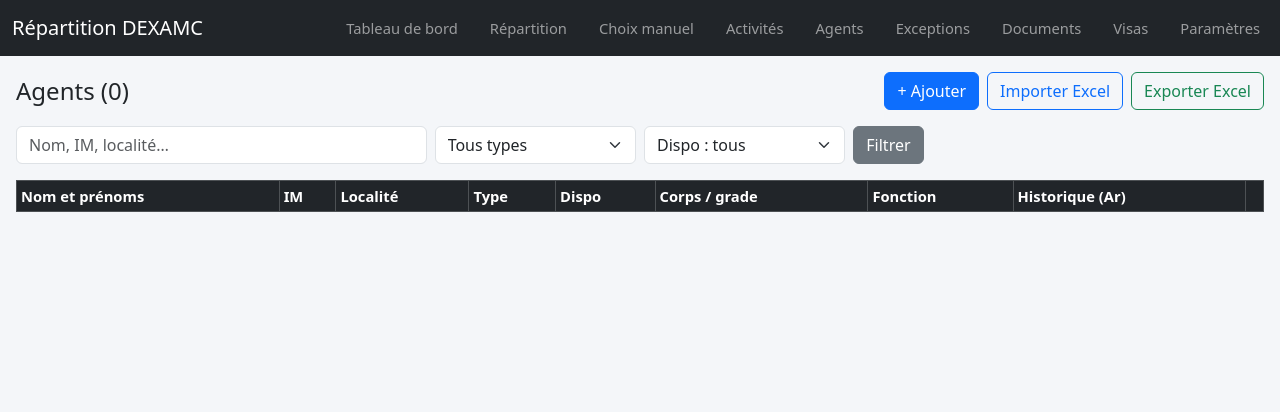
Repository: Mikandry/vacation
Page: http://localhost/agents
An editor plug-in stored every save of this project. The page is shown before and after a run of saves, followed by the edit.
The browser window is 1280 px wide. The pictures show the whole page.
The page is served by the project's Laravel application, run on PHP 8.4 with Laravel 12. Other server files are loaded and not shown. Queries for data that is not in the repository find no rows.

Above is the page before, as saved 2026-10-18 22:04:14.

### routes/web.php
<?php
use App\Http\Controllers\{ActivityController, AgentController, DashboardController, DistributionController, DocumentController, ExceptionController, ManualController, SettingController, VisaController};
use Illuminate\Support\Facades\Route;

// Pour protéger l'application : installer Laravel Breeze puis remplacer [] par ['auth'].
Route::middleware([])->group(function () {
    Route::get('/', [DashboardController::class, 'index'])->name('dashboard');

    Route::get('/repartition', [DistributionController::class, 'index'])->name('distribution.index');
    Route::post('/repartition/run', [DistributionController::class, 'run'])->name('distribution.run');
    Route::post('/repartition/redraw', [DistributionController::class, 'redraw'])->name('distribution.redraw');
    Route::post('/repartition/archive', [DistributionController::class, 'archive'])->name('distribution.archive');
    Route::get('/repartition/recap.{format}', [DistributionController::class, 'recap'])->name('distribution.recap');

    Route::resource('activities', ActivityController::class)->except('show');

    Route::get('/agents/import', [AgentController::class, 'importForm'])->name('agents.import.form');
    Route::post('/agents/import', [AgentController::class, 'import'])->name('agents.import');
    Route::get('/agents/export', [AgentController::class, 'export'])->name('agents.export');
    Route::resource('agents', AgentController::class)->except('show');

    Route::get('/exceptions', [ExceptionController::class, 'index'])->name('exceptions.index');
    Route::post('/exceptions', [ExceptionController::class, 'set'])->name('exceptions.set');

    Route::get('/parametres', [SettingController::class, 'index'])->name('settings.index');
    Route::post('/parametres', [SettingController::class, 'update'])->name('settings.update');
    Route::get('/visas', [VisaController::class, 'index'])->name('visas.index');
    Route::post('/visas', [VisaController::class, 'update'])->name('visas.update');

    Route::get('/documents', [DocumentController::class, 'index'])->name('documents.index');
    Route::get('/documents/{activity}/{type}/{format}', [DocumentController::class, 'export'])->name('documents.export');
    Route::get('/choix', [ManualController::class, 'matrix'])->name('choix.matrix');
Route::post('/choix/toggle', [ManualController::class, 'toggle'])->name('choix.toggle');
Route::post('/choix/appliquer', [ManualController::class, 'apply'])->name('choix.apply');
Route::get('/choix/{activity}', [ManualController::class, 'show'])->name('choix.show');
Route::post('/choix/{activity}', [ManualController::class, 'save'])->name('choix.save');
Route::post('/choix/{activity}/externe', [ManualController::class, 'addExternal'])->name('choix.external');
Route::post('/choix/{activity}/auto', [ManualController::class, 'auto'])->name('choix.auto');

    });

### app/Http/Controllers/AgentController.php
<?php
namespace App\Http\Controllers;

use App\Models\Agent;
use App\Services\AgentImportService;
use App\Services\DocumentExporter;
use Illuminate\Http\Request;

class AgentController extends Controller
{
        public function index(Request $r)
    {
        $agents = Agent::query()
            ->when($r->q, fn($q, $v) => $q->where(fn($w) => $w->where('name', 'like', "%$v%")->orWhere('im', 'like', "%$v%")->orWhere('locality', 'like', "%$v%")))
            ->when($r->type, fn($q, $v) => $q->where('type', $v))
            ->when($r->locality, fn($q, $v) => $q->where('locality', $v))
            ->when($r->filled('dispo'), fn($q) => $q->where('available', $r->dispo === '1'))
            ->orderBy('name')->paginate(50)->withQueryString();

        $localities = Agent::whereNotNull('locality')->where('locality', '!=', '')
            ->distinct()->orderBy('locality')->pluck('locality');

        return view('agents.index', ['agents' => $agents, 'total' => Agent::count(), 'localities' => $localities]);
    }
    public function create() { return view('agents.form', ['agent' => new Agent(['type' => 'DIRECTION', 'available' => true, 'history_amount' => 0])]); }
    public function store(Request $r) { Agent::create($this->data($r)); return redirect()->route('agents.index')->with('ok', 'Agent ajouté.'); }
    public function edit(Agent $agent) { return view('agents.form', ['agent' => $agent]); }
    public function update(Request $r, Agent $agent) { $agent->update($this->data($r)); return redirect()->route('agents.index')->with('ok', 'Agent modifié.'); }
    public function destroy(Agent $agent) { $agent->delete(); return back()->with('ok', 'Agent supprimé.'); }

    private function data(Request $r): array
    {
        $d = $r->validate(['name' => 'required|string|max:255', 'im' => 'nullable|string|max:30', 'locality' => 'nullable|string|max:80', 'type' => 'required|in:DIRECTION,EXTERNE',
            'corps' => 'nullable|string|max:120', 'grade' => 'nullable|string|max:120', 'indice' => 'nullable|string|max:20', 'function' => 'nullable|string|max:150',
            'history_amount' => 'nullable|integer|min:0', 'draw_order' => 'nullable|integer|min:0', 'notes' => 'nullable|string']);
        $d['available'] = $r->boolean('available');
        $d['history_amount'] = $d['history_amount'] ?? 0;
        if (empty($d['draw_order'])) unset($d['draw_order']);
        return $d;
    }

    public function importForm() { return view('agents.import'); }
    public function import(Request $r, AgentImportService $svc)
    {
        $r->validate(['file' => 'required|file|mimes:xlsx,xls,csv,txt|max:10240']);
        try { $res = $svc->import($r->file('file')->getRealPath()); }
        catch (\Throwable $e) { return back()->withErrors(['file' => $e->getMessage()]); }
        return redirect()->route('agents.index')->with('ok', "Import terminé : {$res['created']} créé(s), {$res['updated']} mis à jour, {$res['exc']} exception(s).");
    }
    public function export(DocumentExporter $ex) { return $ex->agentsExcel(); }
}

### app/Http/Controllers/Controller.php
<?php
namespace App\Http\Controllers;

abstract class Controller {}

### app/Models/Agent.php
<?php
namespace App\Models;
use Illuminate\Database\Eloquent\Model;

class Agent extends Model
{
    protected $fillable = ['name', 'im', 'locality', 'type', 'available', 'corps', 'grade', 'indice', 'function', 'history_amount', 'draw_order', 'notes'];
    protected $casts = ['available' => 'boolean'];

    protected static function booted(): void
    {
        static::creating(function (Agent $a) {
            if (!$a->draw_order) $a->draw_order = random_int(1, 100000);
            if (!$a->type) $a->type = 'DIRECTION';
        });
    }
    public function assignments() { return $this->hasMany(Assignment::class); }
    public function exceptions() { return $this->hasMany(AgentException::class); }
    public function activities() { return $this->belongsToMany(Activity::class, 'assignments')->withPivot('forced'); }
    public function isDirection(): bool { return $this->type === 'DIRECTION'; }
}

### resources/views/agents/index.blade.php
@extends('layouts.app')
@section('title','Agents')
@section('content')
<div class="d-flex flex-wrap gap-2 align-items-center mb-3">
 <h4 class="mb-0 me-auto">Agents ({{ $total }})</h4>
 <a class="btn btn-primary" href="{{ route('agents.create') }}">+ Ajouter</a>
 <a class="btn btn-outline-primary" href="{{ route('agents.import.form') }}">Importer Excel</a>
 <a class="btn btn-outline-success" href="{{ route('agents.export') }}">Exporter Excel</a>
</div>
<form class="row g-2 mb-3" method="get">
 <div class="col-md-4"><input name="q" value="{{ request('q') }}" class="form-control" placeholder="Nom, IM, localité…"></div>
 <div class="col-md-2"><select name="type" class="form-select"><option value="">Tous types</option>@foreach(['DIRECTION','EXTERNE'] as $t)<option @selected(request('type')==$t)>{{ $t }}</option>@endforeach</select></div>
 <div class="col-md-2"><select name="dispo" class="form-select"><option value="">Dispo : tous</option><option value="1" @selected(request('dispo')==='1')>Disponibles</option><option value="0" @selected(request('dispo')==='0')>Indisponibles</option></select></div>
 <div class="col-auto"><button class="btn btn-secondary">Filtrer</button></div>
</form>
<table class="table table-sm table-bordered bg-white align-middle"><thead class="table-dark"><tr><th>Nom et prénoms</th><th>IM</th><th>Localité</th><th>Type</th><th>Dispo</th><th>Corps / grade</th><th>Fonction</th><th>Historique (Ar)</th><th></th></tr></thead>
@foreach($agents as $a)<tr class="{{ $a->available?'':'text-muted' }}"><td>{{ $a->name }}</td><td>{{ $a->im }}</td><td>{{ $a->locality }}</td><td><span class="badge text-bg-{{ $a->type=='DIRECTION'?'primary':'info' }}">{{ $a->type }}</span></td><td>{{ $a->available?'oui':'non' }}</td>
 <td class="small">{{ $a->corps }} {{ $a->grade }}</td><td class="small">{{ $a->function }}</td><td class="text-end">{{ number_format($a->history_amount,0,',',' ') }}</td>
 <td class="text-nowrap"><a class="btn btn-sm btn-outline-primary" href="{{ route('agents.edit',$a) }}">Modifier</a>
 <form method="post" action="{{ route('agents.destroy',$a) }}" class="d-inline" onsubmit="return confirm('Supprimer cet agent ?')">@csrf @method('DELETE')<button class="btn btn-sm btn-outline-danger">✕</button></form></td></tr>@endforeach
</table>
{{ $agents->links('pagination::bootstrap-5') }}
@endsection

### resources/views/layouts/app.blade.php
<!doctype html>
<html lang="fr">
<head>
<meta charset="utf-8"><meta name="viewport" content="width=device-width, initial-scale=1">
<meta name="csrf-token" content="{{ csrf_token() }}">
<title>@yield('title', 'Répartition des agents')</title>
<head><link rel="icon" type="image/svg+xml" href="{{ asset('favicon.svg') }}"> </head>
{{-- <link rel="icon" type="image/png" href="{{ asset('logo.png') }}">. --}}

<link href="https://cdn.jsdelivr.net/npm/bootstrap@5.3.3/dist/css/bootstrap.min.css" rel="stylesheet">
<style>
 body{background:#f4f6f9;font-size:.92rem} .kpi{background:#fff;border-radius:.6rem;padding:.8rem 1rem;box-shadow:0 1px 3px rgba(0,0,0,.08)}
 .kpi .v{font-size:1.5rem;font-weight:700;color:#1f3a5f} .kpi .l{font-size:.75rem;color:#666;text-transform:uppercase}
 .table-sm td,.table-sm th{vertical-align:middle} .dot{display:inline-block;width:.9rem;height:.9rem;border-radius:50%;background:#1976d2}
 .st-Équilibré{background:#c8e6c9}.st-Sur-chargé{background:#ffcdd2}.st-Sous-chargé{background:#ffe0b2}.st-Externe{background:#e1f5fe}.st-Indisponible{background:#eee;color:#777}
 .sticky th{position:sticky;top:0;background:#1f3a5f;color:#fff;z-index:2}
</style>
</head>
<body>
<nav class="navbar navbar-expand-lg navbar-dark bg-dark mb-3">
 <div class="container-fluid">
  <a class="navbar-brand" href="{{ route('dashboard') }}">Répartition {{ \App\Models\Setting::all_()['direction'] }}</a>
  <div class="navbar-nav flex-row flex-wrap gap-3">
   <a class="nav-link" href="{{ route('dashboard') }}">Tableau de bord</a>
   <a class="nav-link" href="{{ route('distribution.index') }}">Répartition</a>
   <a class="nav-link" href="{{ route('choix.matrix') }}">Choix manuel</a>
   <a class="nav-link" href="{{ route('activities.index') }}">Activités</a>
   <a class="nav-link" href="{{ route('agents.index') }}">Agents</a>
   <a class="nav-link" href="{{ route('exceptions.index') }}">Exceptions</a>
   <a class="nav-link" href="{{ route('documents.index') }}">Documents</a>
   <a class="nav-link" href="{{ route('visas.index') }}">Visas</a>
   <a class="nav-link" href="{{ route('settings.index') }}">Paramètres</a>
  </div>
 </div>
</nav>
<div class="container-fluid px-3">
 @if(session('ok'))<div class="alert alert-success">{{ session('ok') }}</div>@endif
 @if($errors->any())<div class="alert alert-danger"><ul class="mb-0">@foreach($errors->all() as $e)<li>{{ $e }}</li>@endforeach</ul></div>@endif
 @yield('content')
</div>
@stack('scripts')
</body>
</html>

### app/Models/Setting.php
<?php
namespace App\Models;
use Illuminate\Database\Eloquent\Model;

class Setting extends Model
{
    protected $primaryKey = 'key';
    public $incrementing = false;
    protected $keyType = 'string';
    public $timestamps = false;
    protected $fillable = ['key', 'value'];

    public const DEFAULTS = [
        'direction' => 'DEXAMC',
        'session' => '2026',
        'ministry' => "MINISTERE DE L’EDUCATION NATIONALE",
        'decision_number' => '          -2026/MEN',
        'place' => 'Antananarivo',
        'decision_date' => '',
        'authority' => "LE MINISTRE DE L’EDUCATION NATIONALE,",
        'signatory' => "Le Ministre de l’Education Nationale",
        'ref_arrete' => "l’Arrêté Interministériel N°16166/2025 du 19 juin 2025",
        'budget_mission' => '812',
        'budget_indicator' => '314',
        'budget_section' => '00.81.0. E43.00000',
        'budget_account' => '6031',
        'budget_ordsec' => '00.812.2.00000',
        'auto' => 'OUI',          // répartition automatique
        'use_history' => 'OUI',   // tenir compte de l'historique
        'tolerance' => '20',      // % autour de la moyenne
        'threshold_ok' => '90',   // % d'agents dans la tolérance => ÉQUILIBRÉ
        'threshold_acc' => '70',  // => ACCEPTABLE
        'band_step' => '250000',
                'show_flag' => 'OUI',
        'republic' => "REPOBLIKAN'I MADAGASIKARA",
        'motto' => 'Fitiavana - Tanindrazana - Fandrosoana',
        'presence_title' => 'FEUILLE DE PRÉSENCE',
        'presence_line1' => 'Activité : {activite} — Session {session}',
        'presence_line2' => 'Durée : {jours} jour(s) · Direction : {direction} · Agents désignés : {agents} · Lieu : {lieu}',
        'presence_id_width' => '40',
        'etat_title' => 'ÉTAT DE VACATIONS',
        'etat_line1' => 'Activité : {activite} — Session {session}',
        'etat_line2' => '{jours} jour(s) × {taux} Ar/jour — {ref_arrete}',
        'etat_footer' => 'Arrêté le présent état à la somme de {total_lettres} ARIARY.',
        'services' => "SDC/DEXAMC|Service des Diplômes et de la Certification\nBAG/DEXAMC|Bureau des Affaires Générales\nSEE/DEXAMC|Service de l’Evaluation des Epreuves\nSOE/DEXAMC|Service de l’Organisation des Examens",
    ];

    public static function all_(): array
    {
        return array_merge(self::DEFAULTS, static::query()->pluck('value', 'key')->map(fn($v) => (string)$v)->all());
    }
    public static function put(array $values): void
    {
        foreach ($values as $k => $v) {
            if (array_key_exists($k, self::DEFAULTS)) static::updateOrCreate(['key' => $k], ['value' => (string)$v]);
        }
    }
}

After the next 3 saves:
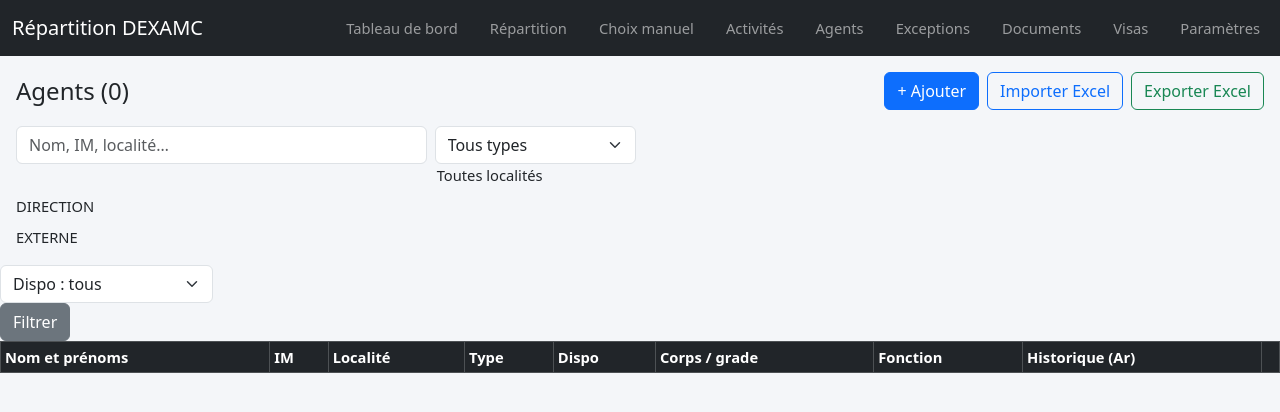
The 3 saves are shown as one change because they came seconds apart.
The last was saved 73 s later.
--- a/resources/views/agents/index.blade.php
+++ b/resources/views/agents/index.blade.php
@@ -9,7 +9,9 @@
 </div>
 <form class="row g-2 mb-3" method="get">
  <div class="col-md-4"><input name="q" value="{{ request('q') }}" class="form-control" placeholder="Nom, IM, localité…"></div>
- <div class="col-md-2"><select name="type" class="form-select"><option value="">Tous types</option>@foreach(['DIRECTION','EXTERNE'] as $t)<option @selected(request('type')==$t)>{{ $t }}</option>@endforeach</select></div>
+ <div class="col-md-2"><select name="type" class="form-select"><option value="">Tous types
+     <div class="col-md-3"><select name="locality" class="form-select"><option value="">Toutes localités</option>@foreach($localities as $l)<option value="{{ $l }}" @selected(request('locality')==$l)>{{ $l }}</option>@endforeach</select></div>
+    </option>@foreach(['DIRECTION','EXTERNE'] as $t)<option @selected(request('type')==$t)>{{ $t }}</option>@endforeach</select></div>
  <div class="col-md-2"><select name="dispo" class="form-select"><option value="">Dispo : tous</option><option value="1" @selected(request('dispo')==='1')>Disponibles</option><option value="0" @selected(request('dispo')==='0')>Indisponibles</option></select></div>
  <div class="col-auto"><button class="btn btn-secondary">Filtrer</button></div>
 </form>
